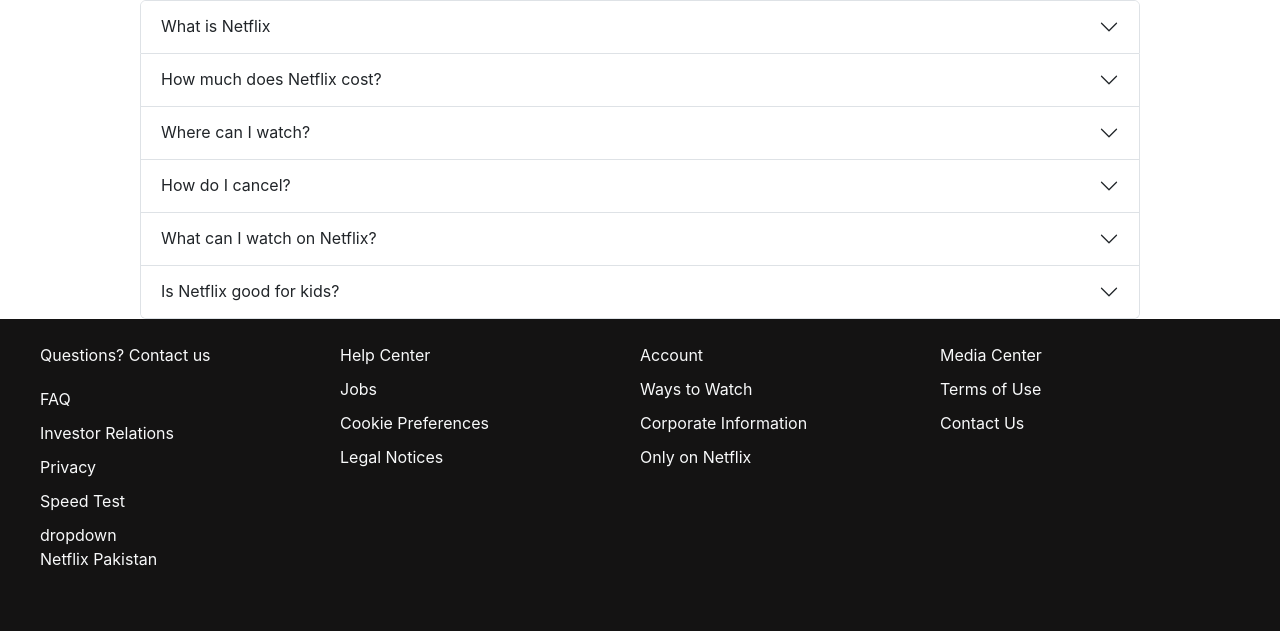
Repository: WajihaGul/Netflix-Clone
Page: /
An editor plug-in stored every save of this project. The page is shown before and after the next save, followed by the edit.
The browser window is 1280 px wide. The pictures show the part of the page from y = 621 to 1252 px (the page is 1252 px tall before and 1250 px after).
The project was rebuilt for these pictures with package versions that can differ from the ones it lists, and the page was loaded fresh each time. Also part of the build but not shown: src/App.css.

Above is the page before, as saved 2024-05-24 15:13:25.

### public/index.html
<!DOCTYPE html>
<html lang="en">
  <head>
    <meta charset="utf-8" />
    <link rel="icon" href="https://encrypted-tbn0.gstatic.com/images?q=tbn:ANd9GcSJd82jZdXs8Uj9CX3mJFuRF27MZB7q_34xAg&s" />
    <meta name="viewport" content="width=device-width, initial-scale=1" />
    <meta name="theme-color" content="#000000" />
    <meta
      name="description"
      content="Web site created using create-react-app"
    />
    <link rel="apple-touch-icon" href="%PUBLIC_URL%/logo192.png" />
    <!--
      manifest.json provides metadata used when your web app is installed on a
      user's mobile device or desktop. See https://developers.google.com/web/fundamentals/web-app-manifest/
    -->
    <link rel="manifest" href="%PUBLIC_URL%/manifest.json" />
    <!--
      Notice the use of %PUBLIC_URL% in the tags above.
      It will be replaced with the URL of the `public` folder during the build.
      Only files inside the `public` folder can be referenced from the HTML.

      Unlike "/favicon.ico" or "favicon.ico", "%PUBLIC_URL%/favicon.ico" will
      work correctly both with client-side routing and a non-root public URL.
      Learn how to configure a non-root public URL by running `npm run build`.
    -->
    <title>Netflix- Watch TV Shows Online, Watch Movies Online</title>
  </head>
  <body>
    <noscript>You need to enable JavaScript to run this app.</noscript>
    <div id="root"></div>
    <!--
      This HTML file is a template.
      If you open it directly in the browser, you will see an empty page.

      You can add webfonts, meta tags, or analytics to this file.
      The build step will place the bundled scripts into the <body> tag.

      To begin the development, run `npm start` or `yarn start`.
      To create a production bundle, use `npm run build` or `yarn build`.
    -->
  </body>
</html>

### src/index.js
import "bootstrap/dist/css/bootstrap.min.css";
import React from "react";
import ReactDOM from "react-dom/client";
import "./index.css";
import App from "./App";
import reportWebVitals from "./reportWebVitals";

const root = ReactDOM.createRoot(document.getElementById("root"));
root.render(
  <React.StrictMode>
    <App />
  </React.StrictMode>
);

// If you want to start measuring performance in your app, pass a function
// to log results (for example: reportWebVitals(console.log))
// or send to an analytics endpoint. Learn more: https://bit.ly/CRA-vitals
reportWebVitals();

### src/App.js
import "./App.css";
import Footer from "./Components/Footer/Footer";
import FAQs from "./Components/FAQs/FAQs";
import SignupHere from "./Components/SignupHere/SignupHere";

function App() {
  return (
    <>
      <SignupHere />
      <FAQs />
      <Footer />
    </>
  );
}

export default App;

### src/Components/Footer/Footer.jsx
import React from "react";
import styles from "./Footer.module.css";
const Footer = () => {
  return (
    <>
      <footer className={`bg-dark text-light py-4 ${styles.mainclass}`}>
        <div className={styles.container}>
          <div className="row">
            <div className={styles.FooterHere}>
              <div className="col-lg-12">
                <p>Questions? Contact us </p>
                <ul>
                  <li>FAQ</li>
                  <li>Investor Relations</li>
                  <li>Privacy</li>
                  <li>Speed Test</li>
                  dropdown
                  <li>Netflix Pakistan</li>
                </ul>
              </div>

              <div className="col-lg-12">
                <ul>
                  <li>Help Center</li>
                  <li>Jobs</li>
                  <li>Cookie Preferences</li>
                  <li>Legal Notices</li>
                </ul>
              </div>

              <div className="col-lg-12 ">
                <ul>
                  <li>Account</li>
                  <li>Ways to Watch</li>
                  <li>Corporate Information</li>
                  <li>Only on Netflix</li>
                </ul>
              </div>

              <div className="col-lg-12 ">
                <ul>
                  <li>Media Center</li>
                  <li>Terms of Use</li>
                  <li>Contact Us</li>
                </ul>
              </div>
            </div>
          </div>
        </div>
      </footer>
    </>
  );
};

export default Footer;

### src/Components/FAQs/FAQs.jsx
import "bootstrap/dist/js/bootstrap.bundle.min.js"; // Import Bootstrap JavaScript
import React from "react";
import styles from "./FAQs.module.css";
const FAQs = () => {
  return (
    <div
      className={`accordion accordion-flush" id="accordionFlushExample dark ${styles.container}`}
    >
      <div className="accordion-item">
        <h2 className="accordion-header">
          <button
            className="accordion-button collapsed"
            type="button"
            data-bs-toggle="collapse"
            data-bs-target="#flush-collapseOne"
            aria-expanded="false"
            aria-controls="flush-collapseOne"
          >
            What is Netflix
          </button>
        </h2>
        <div
          id="flush-collapseOne"
          className="accordion-collapse collapse"
          data-bs-parent="#accordionFlushExample"
        >
          <div className="accordion-body">
            Netflix is a streaming service that offers a wide variety of
            award-winning TV shows, movies, anime, documentaries, and more on
            thousands of internet-connected devices. You can watch as much as
            you want, whenever you want without a single commercial – all for
            one low monthly price. There's always something new to discover and
            new TV shows and movies are added every week!
          </div>
        </div>
      </div>
      <div className="accordion-item">
        <h2 className="accordion-header">
          <button
            className="accordion-button collapsed"
            type="button"
            data-bs-toggle="collapse"
            data-bs-target="#flush-collapseTwo"
            aria-expanded="false"
            aria-controls="flush-collapseTwo"
          >
            How much does Netflix cost?
          </button>
        </h2>
        <div
          id="flush-collapseTwo"
          className="accordion-collapse collapse"
          data-bs-parent="#accordionFlushExample"
        >
          <div className="accordion-body">
            Watch Netflix on your smartphone, tablet, Smart TV, laptop, or
            streaming device, all for one fixed monthly fee. Plans range from Rs
            250 to Rs 1,100 a month. No extra costs, no contracts.
          </div>
        </div>
      </div>
      <div className="accordion-item">
        <h2 className="accordion-header">
          <button
            className="accordion-button collapsed"
            type="button"
            data-bs-toggle="collapse"
            data-bs-target="#flush-collapseThree"
            aria-expanded="false"
            aria-controls="flush-collapseThree"
          >
            Where can I watch?
          </button>
        </h2>
        <div
          id="flush-collapseThree"
          className="accordion-collapse collapse"
          data-bs-parent="#accordionFlushExample"
        >
          <div className="accordion-body">
            Watch anywhere, anytime. Sign in with your Netflix account to watch
            instantly on the web at netflix.com from your personal computer or
            on any internet-connected device that offers the Netflix app,
            including smart TVs, smartphones, tablets, streaming media players
            and game consoles. You can also download your favorite shows with
            the iOS, Android, or Windows 10 app. Use downloads to watch while
            you're on the go and without an internet connection. Take Netflix
            with you anywhere.
          </div>
        </div>
      </div>
      <div className="accordion-item">
        <h2 className="accordion-header">
          <button
            className="accordion-button collapsed"
            type="button"
            data-bs-toggle="collapse"
            data-bs-target="#flush-collapseOne"
            aria-expanded="false"
            aria-controls="flush-collapseOne"
          >
            How do I cancel?
          </button>
        </h2>
        <div
          id="flush-collapseOne"
          className="accordion-collapse collapse"
          data-bs-parent="#accordionFlushExample"
        >
          <div className="accordion-body">
            Netflix is flexible. There are no pesky contracts and no
            commitments. You can easily cancel your account online in two
            clicks. There are no cancellation fees – start or stop your account
            anytime.
          </div>
        </div>
      </div>
      <div className="accordion-item">
        <h2 className="accordion-header">
          <button
            className="accordion-button collapsed"
            type="button"
            data-bs-toggle="collapse"
            data-bs-target="#flush-collapseTwo"
            aria-expanded="false"
            aria-controls="flush-collapseTwo"
          >
            What can I watch on Netflix?
          </button>
        </h2>
        <div
          id="flush-collapseTwo"
          className="accordion-collapse collapse"
          data-bs-parent="#accordionFlushExample"
        >
          <div className="accordion-body">
            Netflix has an extensive library of feature films, documentaries, TV
            shows, anime, award-winning Netflix originals, and more. Watch as
            much as you want, anytime you want.
          </div>
        </div>
      </div>
      <div className="accordion-item">
        <h2 className="accordion-header">
          <button
            className="accordion-button collapsed"
            type="button"
            data-bs-toggle="collapse"
            data-bs-target="#flush-collapseThree"
            aria-expanded="false"
            aria-controls="flush-collapseThree"
          >
            Is Netflix good for kids?
          </button>
        </h2>
        <div
          id="flush-collapseThree"
          className="accordion-collapse collapse"
          data-bs-parent="#accordionFlushExample"
        >
          <div className="accordion-body">
            The Netflix Kids experience is included in your membership to give
            parents control while kids enjoy family-friendly TV shows and movies
            in their own space. Kids profiles come with PIN-protected parental
            controls that let you restrict the maturity rating of content kids
            can watch and block specific titles you don’t want kids to see.
          </div>
        </div>
      </div>
    </div>
  );
};
export default FAQs;

### src/Components/SignupHere/SignupHere.jsx
import styles from "./SignupHere.module.css";

const SignupHere = () => {
  return (
    <>
      <div className={styles.imgContainer}>
        <div className={`expand-lg bg-body-tertiary ${styles.navcontainer} `}>
          <h1>NETFLIX</h1>
          className={`expand-lg bg-body-tertiary ${styles.navcontainer} `}
          <div className="container-fluid">
            <a className={styles.brand} href="#">
              <span className={styles.navstyle}>NETFLIX</span>
            </a>

            <button className={styles.navbtn} type="submit">
              Sign in
            </button>
          </div>
          <div className={styles.SignupTextDiv}>
            <h1 className={styles.SignupText}>
              Unlimited movies, TV shows, and more
            </h1>
            <p className={styles.SignupText}>Watch anywhere. Cancel anytime.</p>
            <p className={styles.SignupText}>
              Ready to watch? Enter your email to create or restart your
              membership
            </p>
            <div>
              <input
                className={styles.SignupForm}
                type="email"
                id="email"
                name="email"
                placeholder="Enter your email"
                required
              />
              <button className={styles.SignUpBtn}>Get Started</button>
            </div>
          </div>
        </div>
      </div>
    </>
  );
};

export default SignupHere;

### src/Components/Footer/Footer.module.css
.mainclass{
    background-color: #141313 !important;
}
.container {
    max-width: 1200px;
    margin: 0 auto;

  }

  .FooterHere {
    display: flex;
    flex-wrap: wrap;
    justify-content: space-between;
  }

  .FooterHere > div {
    flex: 1;
    min-width: 200px;
    margin-bottom: 20px;
  }

  ul {
    list-style: none;
    padding: 0;
  }

  ul li {
    margin-bottom: 10px;
    cursor: pointer;
  }

  ul li:hover {
    text-decoration: underline;
  }

  footer p {
    margin-bottom: 20px;
  }

  @media (max-width: 768px) {
    .FooterHere {
      flex-direction: column;
      align-items: flex-start;
    }

    .FooterHere > div {
      min-width: 100%;
    }
  }

### src/Components/FAQs/FAQs.module.css
.container{
   width:1000px;
   margin: 0 auto;
}

### src/Components/SignupHere/SignupHere.module.css
.imgContainer{
    margin-top: -79px;
    height: 700px;
    width: 100%;
    background-image: url(https://assets.nflxext.com/ffe/siteui/vlv3/a99688ca-33c3-4099-9baa-07a2e2acb398/0279102c-4f3f-4ed2-a283-cce57434d595/PK-en-20240520-popsignuptwoweeks-perspective_alpha_website_large.jpg);
}


.navbtn {
    background: #e61c1c;
    color: white;
    /* padding: 4px 17px; */
    border-radius: 7px;
    border: none;
    font-size: medium;
    font-family: emoji;
    margin-left: 343px;
    margin-right: 343px;
    padding-top: 4px;
    padding-bottom: 4px;
    height: 32px;
    width: 71px;
    margin-top: 2px;
    margin-bottom: 2px;
}

.navstyle{
    color: red;
    font-size: xx-large;
    font-family: emoji;
    padding-left: 343px;
    padding-right: 343px;
    padding-top: 10px;
    padding-bottom: 10px;
}

.navcontainer{
    background-color: transparent !important;
}
.SignupText{
    color: white;
    align-items: center;
    justify-content: center;
    display: flex;
    flex-direction: column;
}
.SignupTextDiv{
    color: white;
    align-items: center;
    justify-content: center;
    display: flex;
    flex-direction: column;
    margin-top: 170px;
}
.SignupForm{
    width: 284px;
    height: 42px;
    background: #e2dfdf;
}
.SignUpBtn{
    background: red;
    color: white;
    height: 40px;
    width: 143px;
    margin: 4px;
    /* border-radius: 7px; */
    border: none;
    font-size: larger;
}

Loaded but not shown: src/index.css (common file); src/reportWebVitals.js (common file)

After the next save:
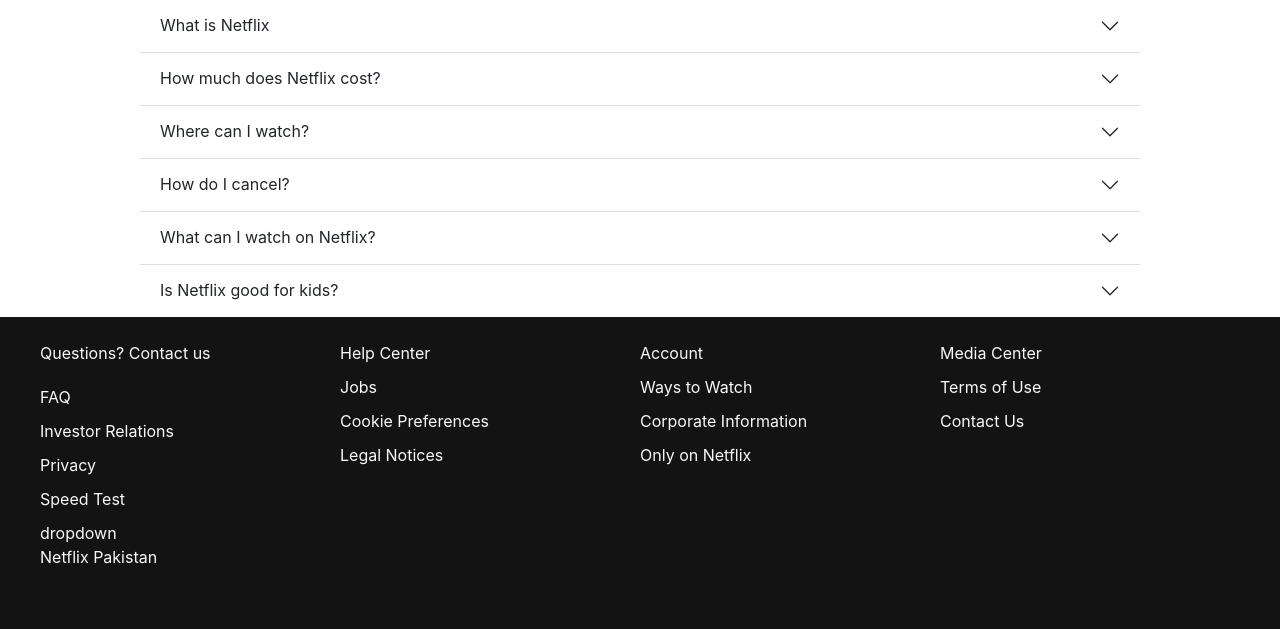
Saved 53 s later.
--- a/src/Components/FAQs/FAQs.jsx
+++ b/src/Components/FAQs/FAQs.jsx
@@ -4,7 +4,7 @@
 const FAQs = () => {
   return (
     <div
-      className={`accordion accordion-flush" id="accordionFlushExample dark ${styles.container}`}
+      className={`accordion accordion-flush bg-dark id="accordionFlushExample dark ${styles.container}`}
     >
       <div className="accordion-item">
         <h2 className="accordion-header">
